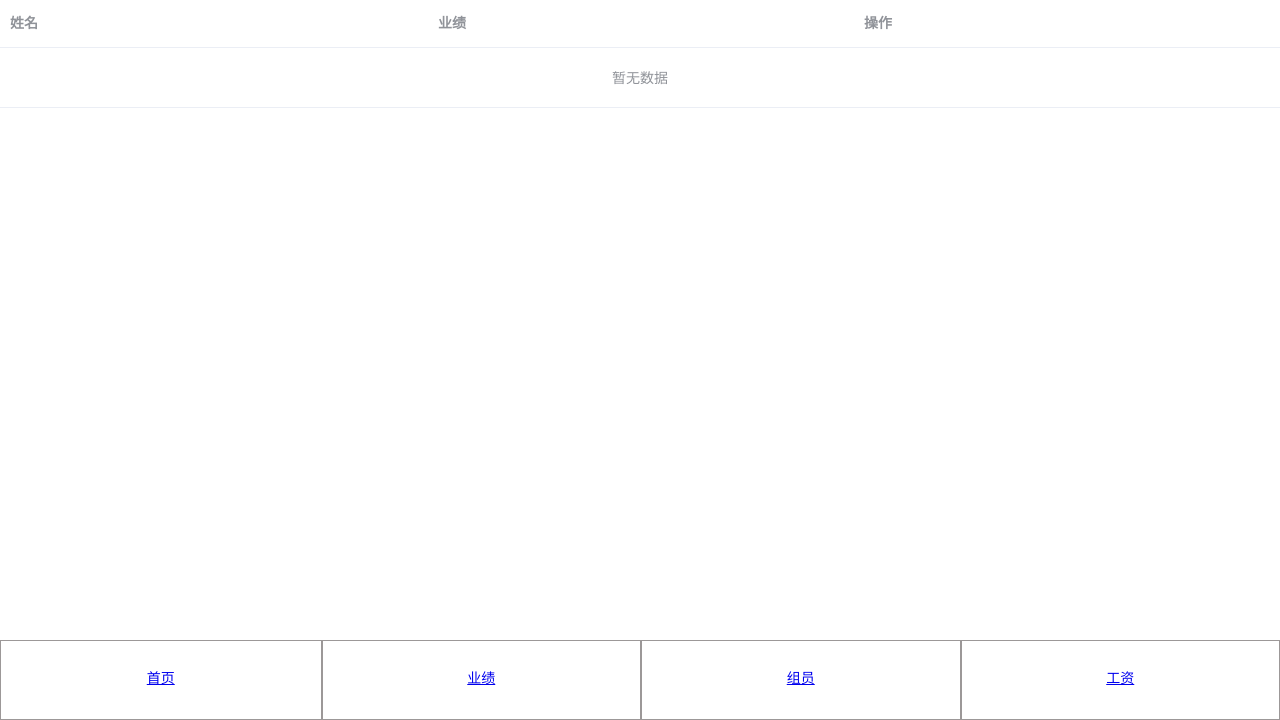
Repository: panlin520-team/lnmj-staffH5
Page: /#/crew
The author's editor kept a copy of each file at every save. The page is drawn from the files as they stood at one save, then again after the next save.
The browser window is 1280 px wide. The pictures show the whole page.
An inner scrolling area shows only its first screen. The project was rebuilt for these pictures with package versions that can differ from the ones it lists, and the page was loaded fresh each time. Also part of the build but not shown: src/views/Lojin.vue.

Above is the page before, as saved 2020-04-08 15:47:55.

After the next save:
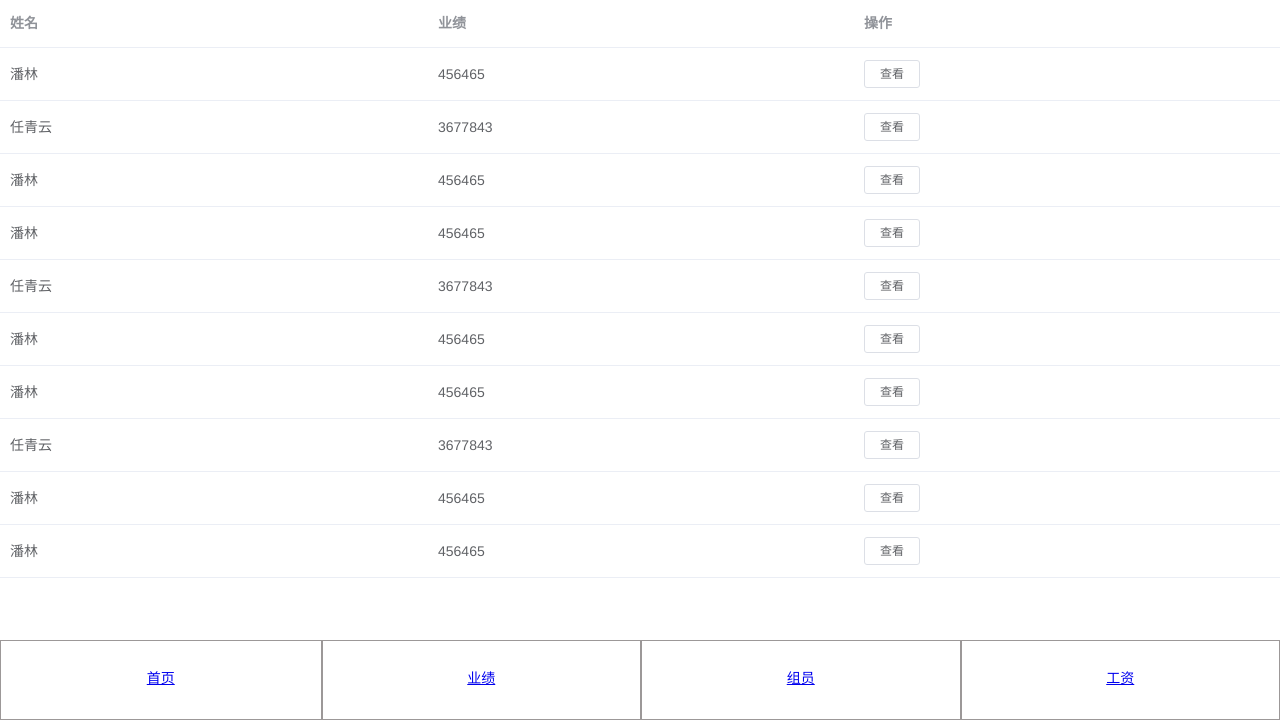
Saved 14 s later.
--- a/src/views/Crew.vue
+++ b/src/views/Crew.vue
@@ -38,11 +38,87 @@ export default {
   name: "crew",
   components: { Btnnavigation },
   data() {
-    return {};
+    return {
+      //业绩数据
+      tableData_enterpurchase: [
+        {
+          createOperator: "潘林",
+          outStorageNumber: "456465"
+        },
+        {
+          createOperator: "任青云",
+          outStorageNumber: "3677843"
+        },
+        {
+          createOperator: "潘林",
+          outStorageNumber: "456465"
+        },
+        {
+          createOperator: "潘林",
+          outStorageNumber: "456465"
+        },
+        {
+          createOperator: "任青云",
+          outStorageNumber: "3677843"
+        },
+        {
+          createOperator: "潘林",
+          outStorageNumber: "456465"
+        },
+        {
+          createOperator: "潘林",
+          outStorageNumber: "456465"
+        },
+        {
+          createOperator: "任青云",
+          outStorageNumber: "3677843"
+        },
+        {
+          createOperator: "潘林",
+          outStorageNumber: "456465"
+        },
+        {
+          createOperator: "潘林",
+          outStorageNumber: "456465"
+        },
+        {
+          createOperator: "任青云",
+          outStorageNumber: "3677843"
+        },
+        {
+          createOperator: "潘林",
+          outStorageNumber: "456465"
+        },
+        {
+          createOperator: "潘林",
+          outStorageNumber: "456465"
+        },
+        {
+          createOperator: "任青云",
+          outStorageNumber: "3677843"
+        },
+        {
+          createOperator: "潘林",
+          outStorageNumber: "456465"
+        },
+        {
+          createOperator: "潘林",
+          outStorageNumber: "456465"
+        },
+        {
+          createOperator: "任青云",
+          outStorageNumber: "3677843"
+        },
+        {
+          createOperator: "潘林",
+          outStorageNumber: "456465"
+        }
+      ]
+    };
   },
   created() {},
   methods: {
-        //
+    //
     showPopOver() {}
   }
 };
